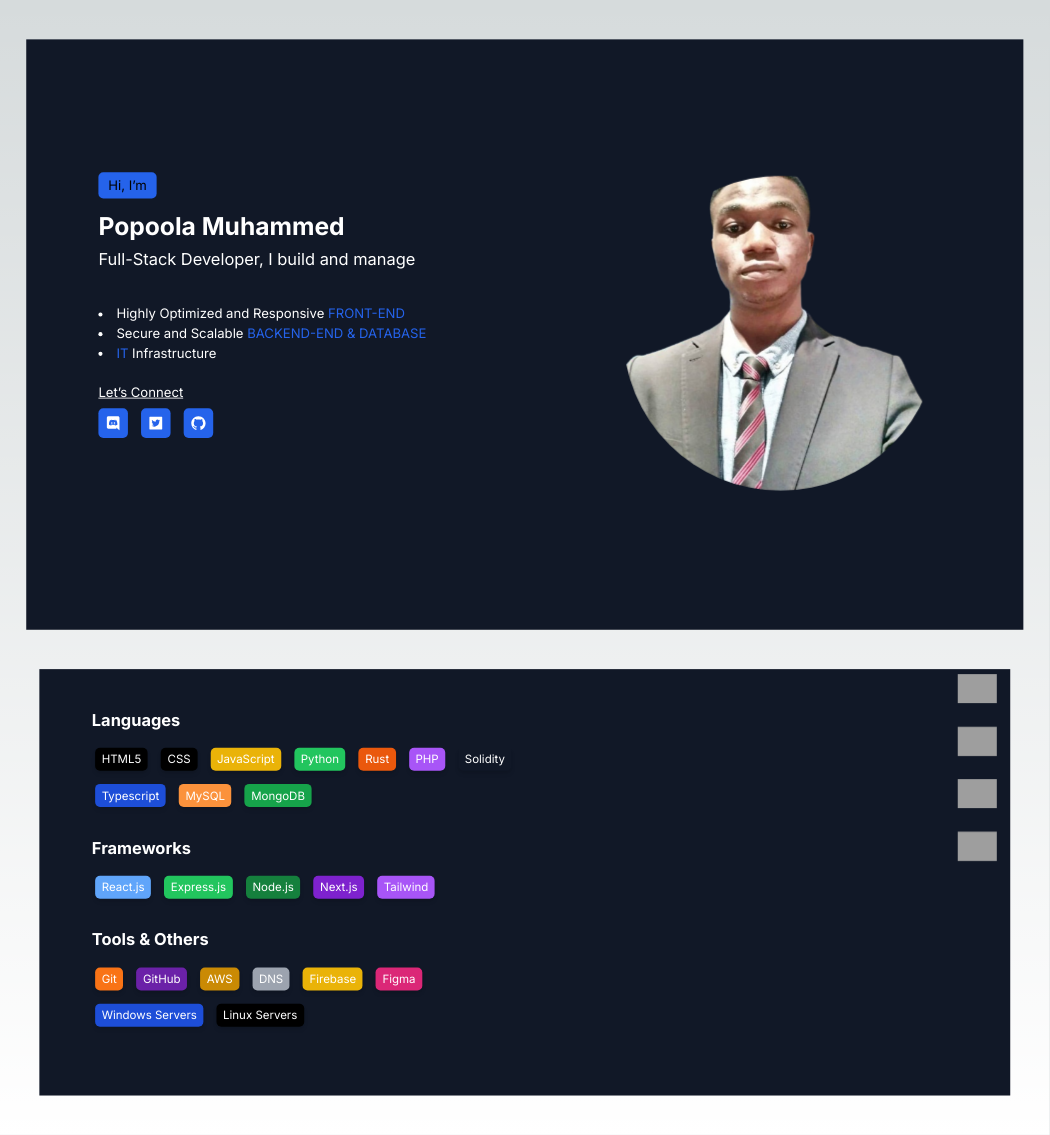
Repository: muhammedctgr/hammedctgr
Page: /
These files come from the project's save history. The page is drawn as it stood at one moment and after a run of saves; the edit follows.
The browser window is 1280 px wide. The pictures show the whole page, at 82% of full size.
Pictures or frames that could not be fetched are drawn as grey boxes. The project was rebuilt for these pictures with package versions that can differ from the ones it lists, and the page was loaded fresh each time. The framework's server and built-in components were replaced by stand-ins that run in the browser. Also part of the build but not shown: next.config.mjs.

Above is the page before, as saved 2024-08-01 15:25:24.

After the next 3 saves:
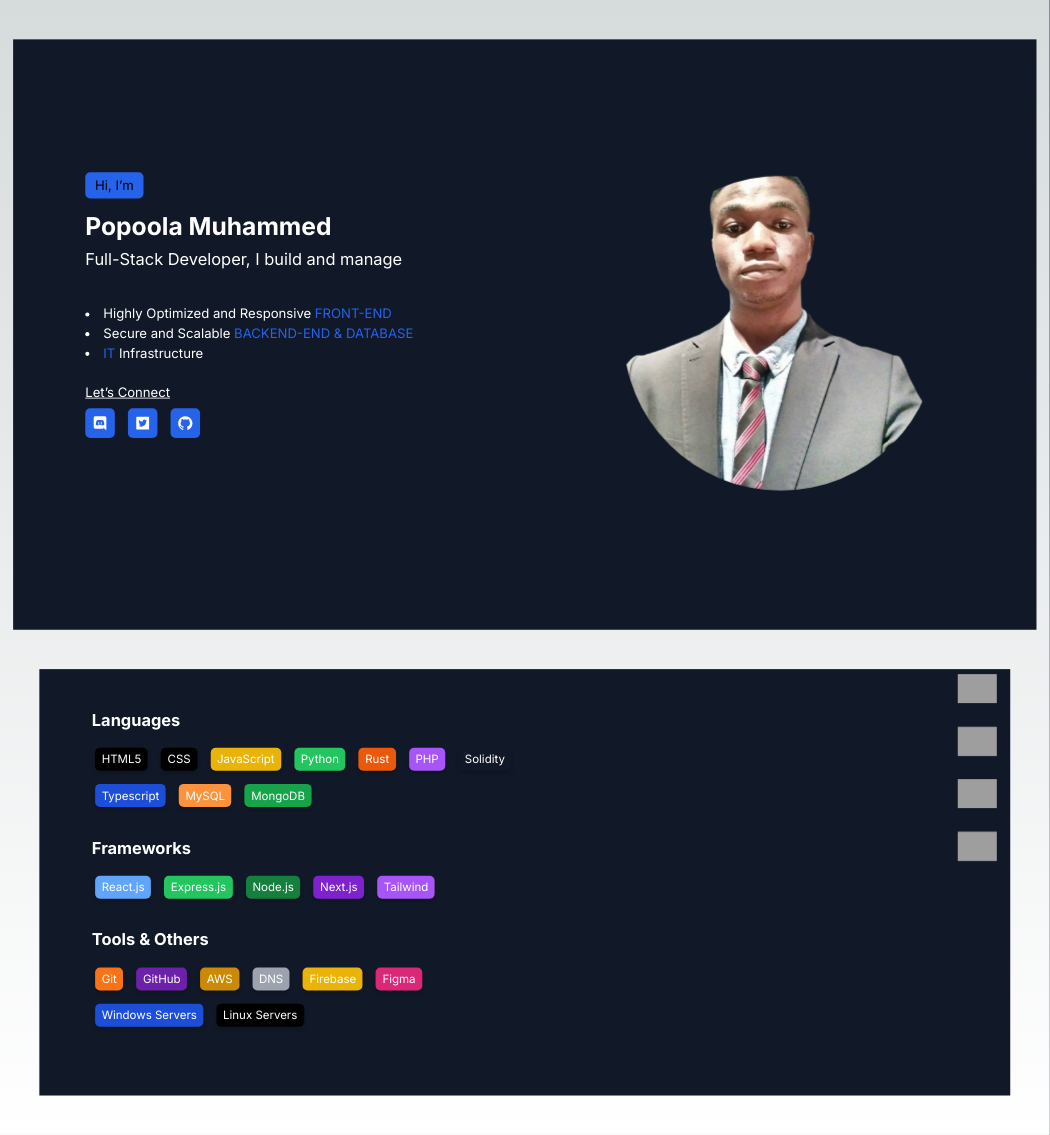
The 3 saves are shown as one change because they came seconds apart.
The last was saved 12 s later.
--- a/components/Hero.tsx
+++ b/components/Hero.tsx
@@ -4,7 +4,7 @@
 
 const Hero = () => {
   return (
-    <section className="bg-gray-900 m-12 mx-8  text-white min-h-screen flex items-center">
+    <section className="bg-gray-900 m-12 mx-4  text-white min-h-screen flex items-center">
       <div className="container mx-auto flex flex-col md:flex-row items-center">
         <div className="flex-1 text-left md:text-left p-8 pt-2 m-14 mt-2">
           <div className="inline-block bg-blue-600 text-black py-1 px-3 mb-4 rounded-md">

After the 2 saves that followed:
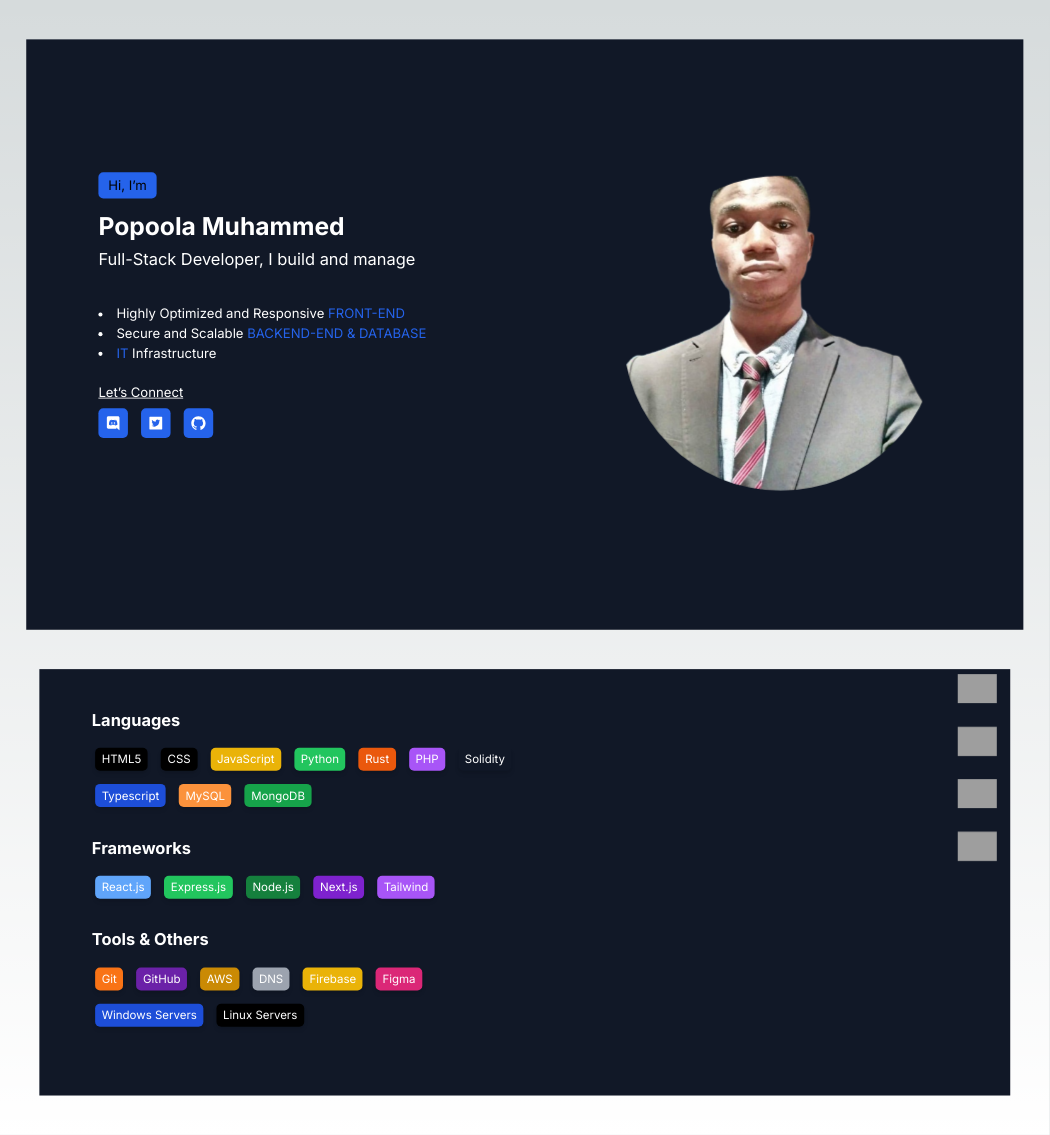
The 2 saves are shown as one change because they came seconds apart.
The last was saved 17 s later.
--- a/components/Hero.tsx
+++ b/components/Hero.tsx
@@ -4,7 +4,7 @@
 
 const Hero = () => {
   return (
-    <section className="bg-gray-900 m-12 mx-4  text-white min-h-screen flex items-center">
+    <section className="bg-gray-900 m-12 mx-8  text-white min-h-screen flex items-center">
       <div className="container mx-auto flex flex-col md:flex-row items-center">
         <div className="flex-1 text-left md:text-left p-8 pt-2 m-14 mt-2">
           <div className="inline-block bg-blue-600 text-black py-1 px-3 mb-4 rounded-md">
